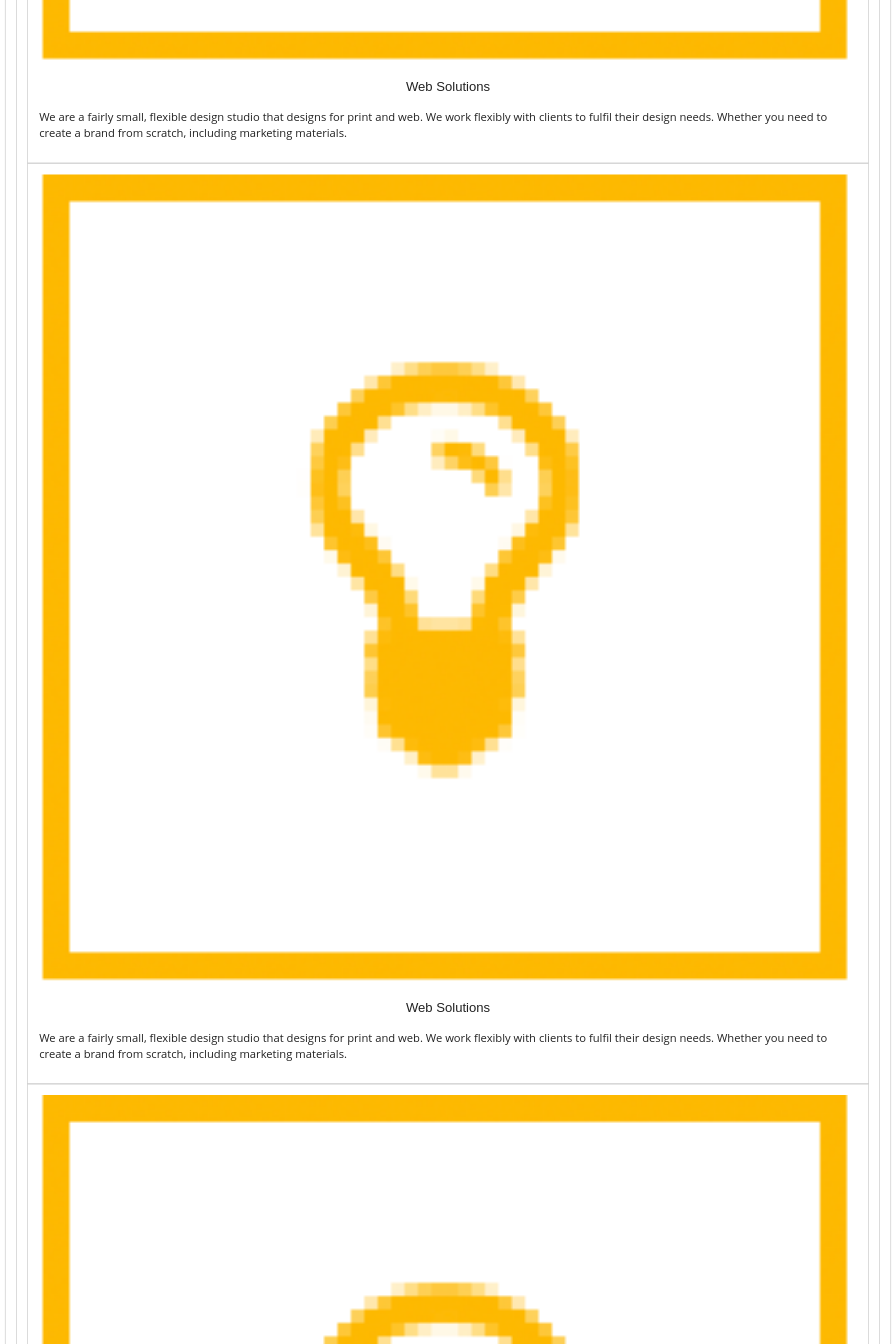
Repository: lpcmendoza/LAB02BF_Group9
Page: index.html
These files come from the project's save history. The page is drawn as it stood at one moment and after the next save; the edit follows.
The browser window is 1280 px wide. The pictures show the part of the page from y = 2995 to 4915 px (the page is 19738 px tall before and 19782 px after), at 70% of full size.

Above is the page before, as saved 2024-02-11 21:25:25.

After the next save:
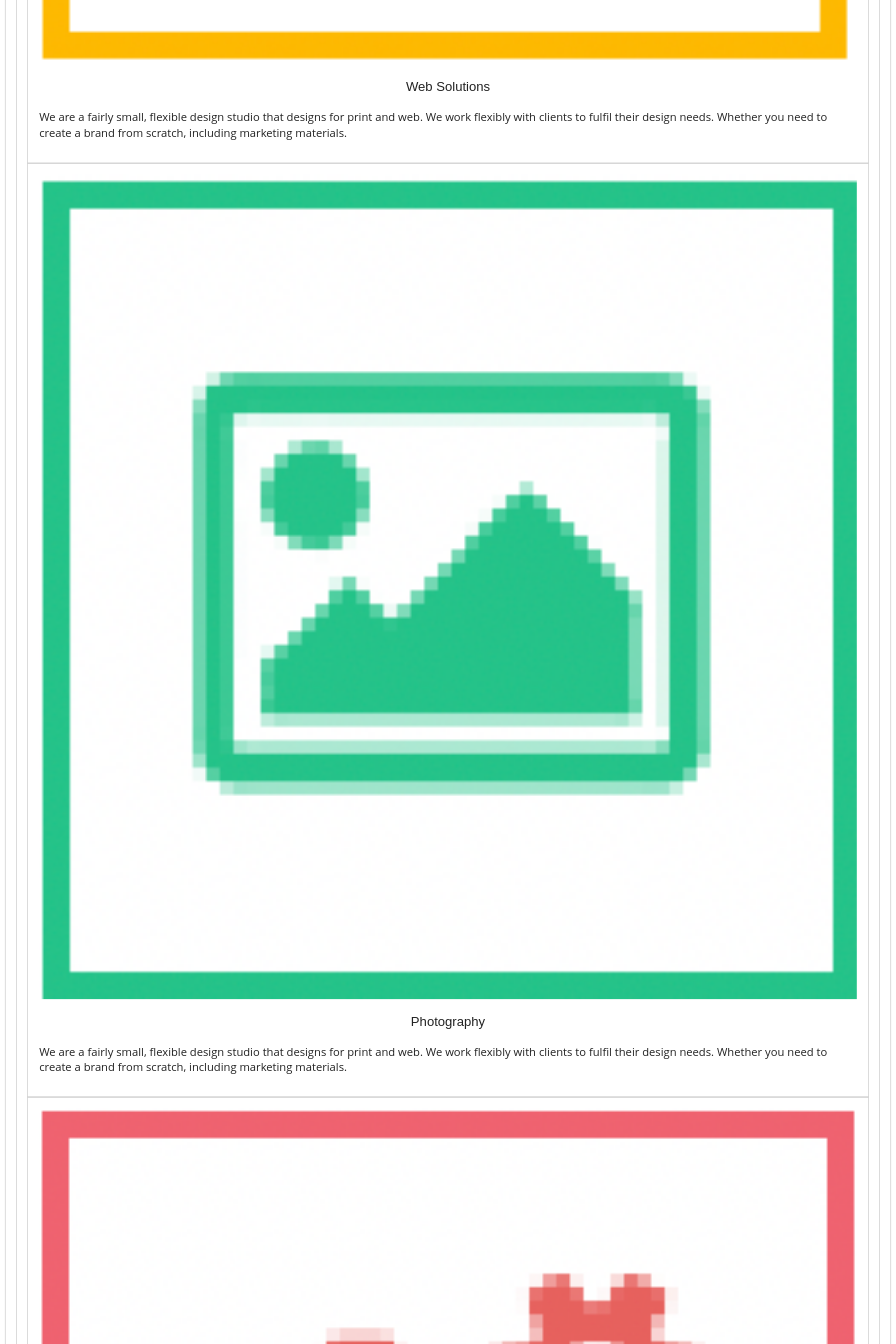
Saved 12 min 43 s later.
--- a/index.html
+++ b/index.html
@@ -65,17 +65,17 @@
         <h3>Web Solutions</h3>
         <p>We are a fairly small, flexible design studio that designs for print and web. We work flexibly with clients to fulfil their design needs. Whether you need to create a brand from scratch, including marketing materials.</p>
       </div>
-      <div class="content-container">
-        <img class="icons" src="img/icon-web-solutions.png" alt="Web Solutions Icon">
-        <h3>Web Solutions</h3>
+      <div class="what-we-do-container-body">
+        <img class="icons" src="img/icon-photography.png" alt="Photography Icon">
+        <h3>Photography</h3>
         <p>We are a fairly small, flexible design studio that designs for print and web. We work flexibly with clients to fulfil their design needs. Whether you need to create a brand from scratch, including marketing materials.</p>
       </div>
-      <div class="content-container">
-        <img class="icons" src="img/icon-web-solutions.png" alt="Web Solutions Icon">
-        <h3>Web Solutions</h3>
+      <div class="what-we-do-container-body">
+        <img class="icons" src="img/icon-web-development.png" alt="Web Development Icon">
+        <h3>Web Development</h3>
         <p>We are a fairly small, flexible design studio that designs for print and web. We work flexibly with clients to fulfil their design needs. Whether you need to create a brand from scratch, including marketing materials.</p>
       </div>
-      <div class="content-container">
+      <div class="what-we-do-container-body">
         <img class="icons" src="img/icon-web-solutions.png" alt="Web Solutions Icon">
         <h3>Web Solutions</h3>
         <p>We are a fairly small, flexible design studio that designs for print and web. We work flexibly with clients to fulfil their design needs. Whether you need to create a brand from scratch, including marketing materials.</p>
